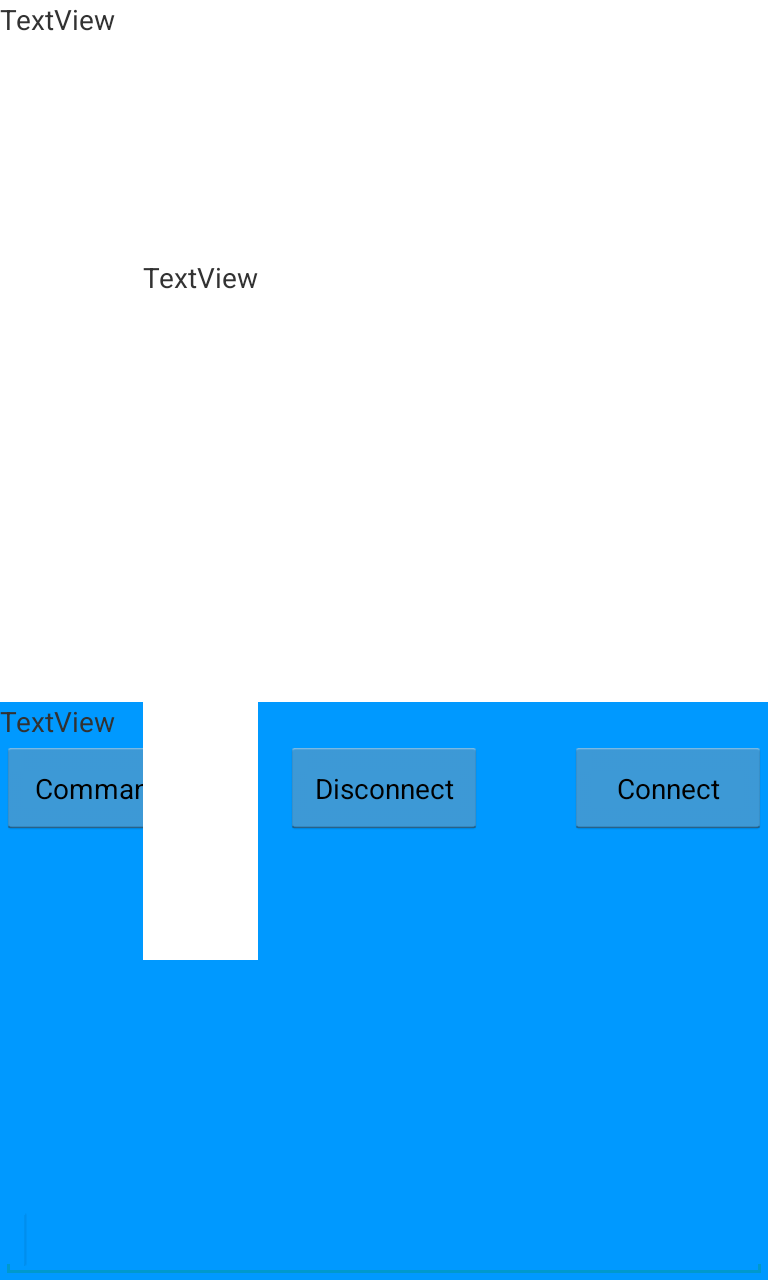
Repository: Clonedpirate/BtSshPwnPI
Layout: HackDroid/res/layout/terminal.xml
These files come from the project's save history. The layout is drawn as it stood at one moment and after the next save; the edit follows.
It is drawn on a 768 x 1280 px phone screen (xhdpi) without system bars, with theme AppTheme; the app's code is not run.

Above is the layout before, as saved 2014-06-19 16:30:05.

### HackDroid/res/layout/terminal.xml
<?xml version="1.0" encoding="utf-8"?>
<RelativeLayout xmlns:android="http://schemas.android.com/apk/res/android"
    android:layout_width="match_parent"
    android:layout_height="match_parent"
    android:orientation="vertical" >

    <TextView
        android:background="@color/white"
        android:id="@+id/terminal"
        android:layout_width="match_parent"
        android:layout_height="351dp"
        android:layout_alignParentLeft="true"
        android:layout_alignParentTop="true"
        android:text="TextView" />

    <TextView
        android:id="@+id/IPtext"
        android:layout_width="wrap_content"
        android:layout_height="wrap_content"
        android:layout_alignParentLeft="true"
        android:layout_below="@+id/terminal"
        android:text="TextView" />

    <EditText
        android:id="@+id/editText1"
        android:layout_width="match_parent"
        android:layout_height="wrap_content"
        android:layout_alignParentBottom="true"
        android:layout_alignParentLeft="true"
        android:ems="10" >

        <requestFocus />
    </EditText>

    <Button
        android:id="@+id/button1"
        style="?android:attr/buttonStyleSmall"
        android:layout_width="100dp"
        android:layout_height="wrap_content"
        android:layout_alignParentRight="true"
        android:layout_below="@+id/IPtext"
        android:text="Connect" />

    <Button
        android:id="@+id/button2"
        style="?android:attr/buttonStyleSmall"
        android:layout_width="100dp"
        android:layout_height="wrap_content"
        android:layout_below="@+id/IPtext"
        android:layout_centerHorizontal="true"
        android:text="Disconnect" />

    <Button
        android:id="@+id/button3"
        style="?android:attr/buttonStyleSmall"
        android:layout_width="100dp"
        android:layout_height="wrap_content"
        android:layout_alignParentLeft="true"
        android:layout_below="@+id/IPtext"
        android:text="Command" />

    <ScrollView
        android:id="@+id/scrollView1"
        android:layout_width="wrap_content"
        android:layout_height="wrap_content"
        android:layout_alignParentTop="true"
        android:layout_marginLeft="14dp"
        android:layout_marginTop="129dp"
        android:layout_toRightOf="@+id/IPtext" >

        <LinearLayout
            android:layout_width="match_parent"
            android:layout_height="match_parent"
            android:orientation="vertical" >

            <TextView
        android:background="@color/white"
        android:id="@+id/terminal"
        android:layout_width="match_parent"
        android:layout_height="351dp"
        android:layout_alignParentLeft="true"
        android:layout_alignParentTop="true"
        android:text="TextView" />





        </LinearLayout>
    </ScrollView>

</RelativeLayout>

### HackDroid/res/values/styles.xml
<?xml version="1.0" encoding="utf-8"?>
<resources>

    <style name="AppTheme" parent="android:Theme.Holo.Light">
        <item name="android:windowBackground">@color/lblue</item>
        <item name="android:windowTranslucentStatus">false</item>
        <item name="android:windowTranslucentNavigation">true</item>
        <item name="android:fitsSystemWindows">true</item>
        <item name="android:actionBarStyle">@style/ActionBar.Solid.GreenStyle</item>
    </style>

    <style name="ActionBar.Solid.GreenStyle" parent="@android:style/Widget.Holo.Light.ActionBar.Solid">
        <item name="android:titleTextStyle">@style/AppTheme.ActionBar.Text</item>
        <item name="android:background">@color/blue</item>
    </style>

    <style name="AppTheme.ActionBar.Text" parent="@android:style/TextAppearance">
        <item name="android:textColor">@color/white</item>
        <item name="android:layout_gravity">center</item>
        <item name="android:textSize">14sp</item>
    </style>

    <style name="Theme" parent="android:Theme">
        <item name="android:background">@null</item>
        <item name="android:windowNoTitle">true</item>
    </style>

    <style name="text_title">
        <item name="android:layout_width">fill_parent</item>
        <item name="android:layout_height">wrap_content</item>
        <item name="android:textColor">@color/blue</item>
        <item name="android:gravity">center</item>
    </style>

    <style name="text_option">
        <item name="android:layout_width">wrap_content</item>
        <item name="android:layout_height">wrap_content</item>
        <item name="android:textColor">@color/black</item>
    </style>

    <style name="layout_wrap">
        <item name="android:layout_width">wrap_content</item>
        <item name="android:layout_height">wrap_content</item>
    </style>

    <style name="layout_fill">
        <item name="android:layout_width">fill_parent</item>
        <item name="android:layout_height">fill_parent</item>
    </style>

    <style name="layout_f_w">
        <item name="android:layout_width">fill_parent</item>
        <item name="android:layout_height">wrap_content</item>
    </style>

    <style name="h_line">
        <item name="android:layout_width">fill_parent</item>
        <item name="android:layout_height">1.5dip</item>
        <item name="android:background">@color/blue</item>
    </style>

    <style name="indicator_style">
        <item name="android:layout_width">fill_parent</item>
        <item name="android:layout_height">4dip</item>
        <item name="android:background">@color/blue</item>
        <item name="android:orientation">vertical</item>
    </style>

</resources>

### HackDroid/res/values/strings.xml
<?xml version="1.0" encoding="utf-8"?>
<resources>

    <string name="app_name">   PwnPi Wifite tool</string>
    <string name="action_settings">Settings</string>

    <color name="blue">#0083ff</color>
    <color name="lblue">#0099ff</color>
    <color name="llblue">#14BFFF</color>
    <color name="black">#000000</color>
    <color name="white">#FFFFFF</color>
    <color name="kindagreen">#04d5a2</color>
    <color name="test">#06d3a2</color>

</resources>

After the next save:
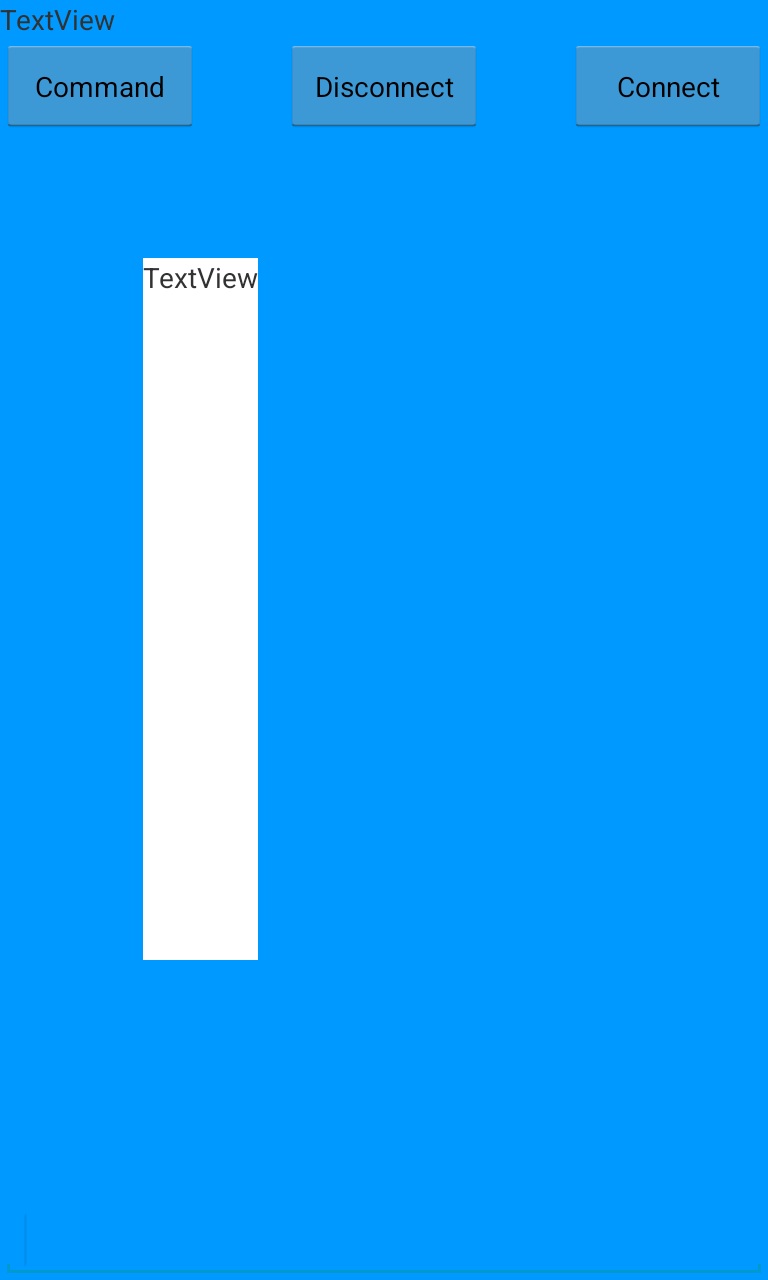
Saved 7 s later.
--- a/HackDroid/res/layout/terminal.xml
+++ b/HackDroid/res/layout/terminal.xml
@@ -4,14 +4,6 @@
     android:layout_height="match_parent"
     android:orientation="vertical" >
 
-    <TextView
-        android:background="@color/white"
-        android:id="@+id/terminal"
-        android:layout_width="match_parent"
-        android:layout_height="351dp"
-        android:layout_alignParentLeft="true"
-        android:layout_alignParentTop="true"
-        android:text="TextView" />
 
     <TextView
         android:id="@+id/IPtext"
